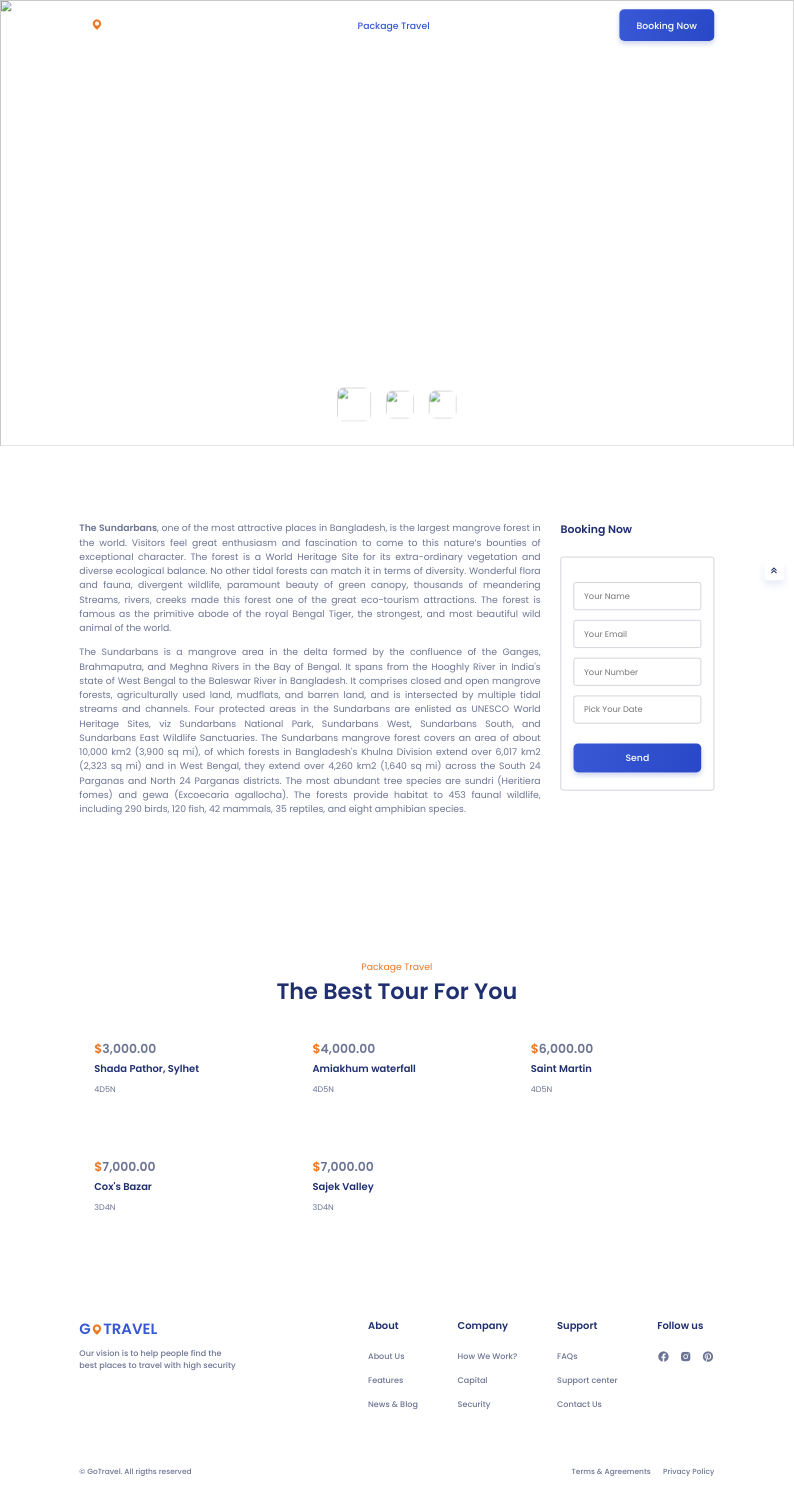
Repository: albushra2/GojordanForhamzeh
Page: http://localhost/travel-packages/sundarban
The author's editor kept a copy of each file at every save. The page is drawn from the files as they stood at one save, then again after a run of saves.
The browser window is 1280 px wide. The pictures show the whole page, at 62% of full size.
The page is served by the project's Laravel application, run on PHP 8.4 with Laravel 10. The database holds what the project's SQL file puts in it.

Above is the page before, as saved 2024-05-12 11:49:58.

After the next 8 saves:
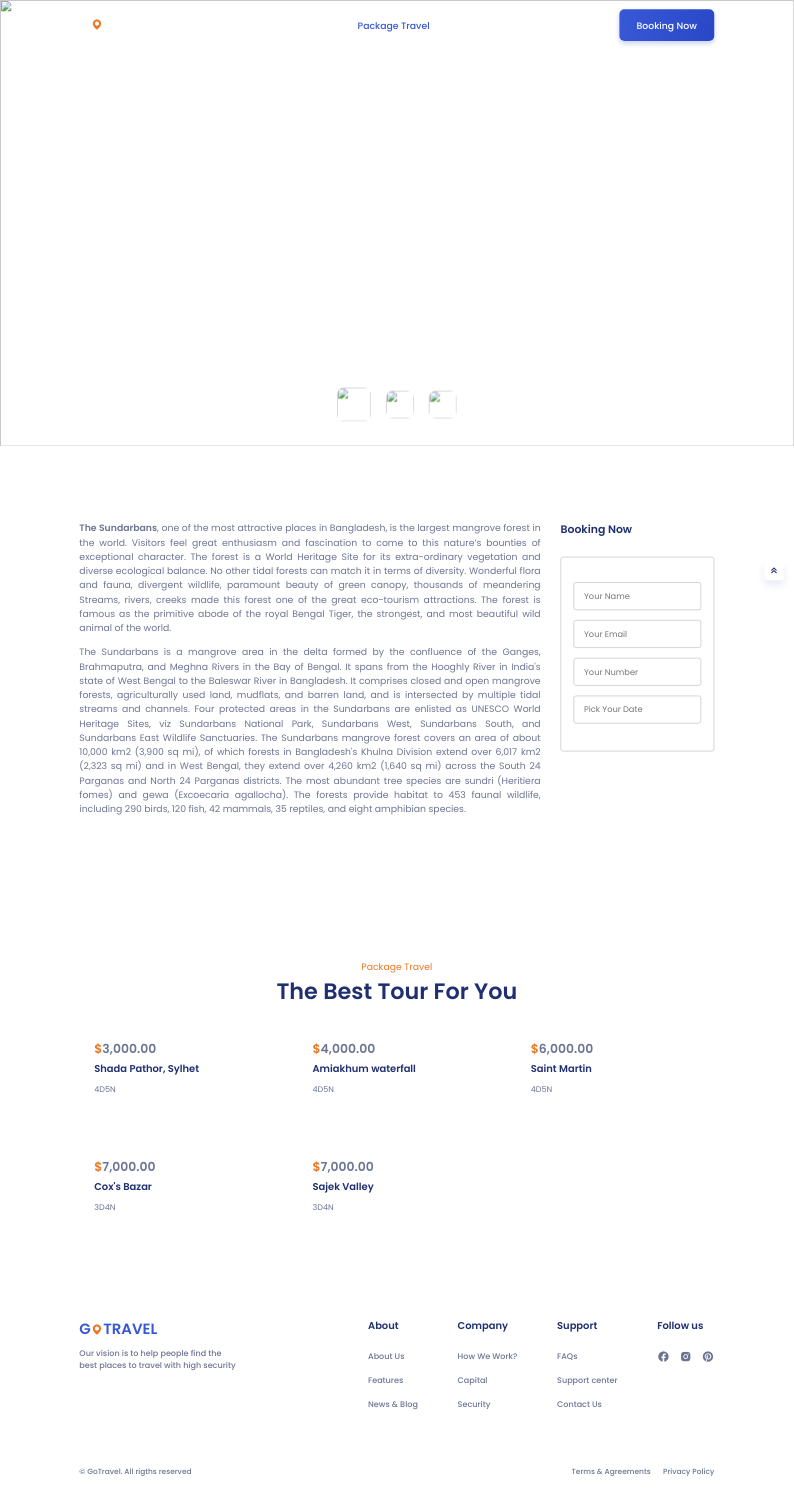
The 8 saves are shown as one change because 2 did not build or start and some came seconds apart.
The last was saved 27 s later.
--- a/resources/views/travel_packages/show.blade.php
+++ b/resources/views/travel_packages/show.blade.php
@@ -57,8 +57,9 @@
                     onfocus="(this.type='date')"
                     id="date"
                   />
-
+                  @if(AUTH::check())
                   <button type="submit" class="button button-booking">Send</button>
+                  @endif
                 </form>
               </div>
             </div>

After the save that followed:
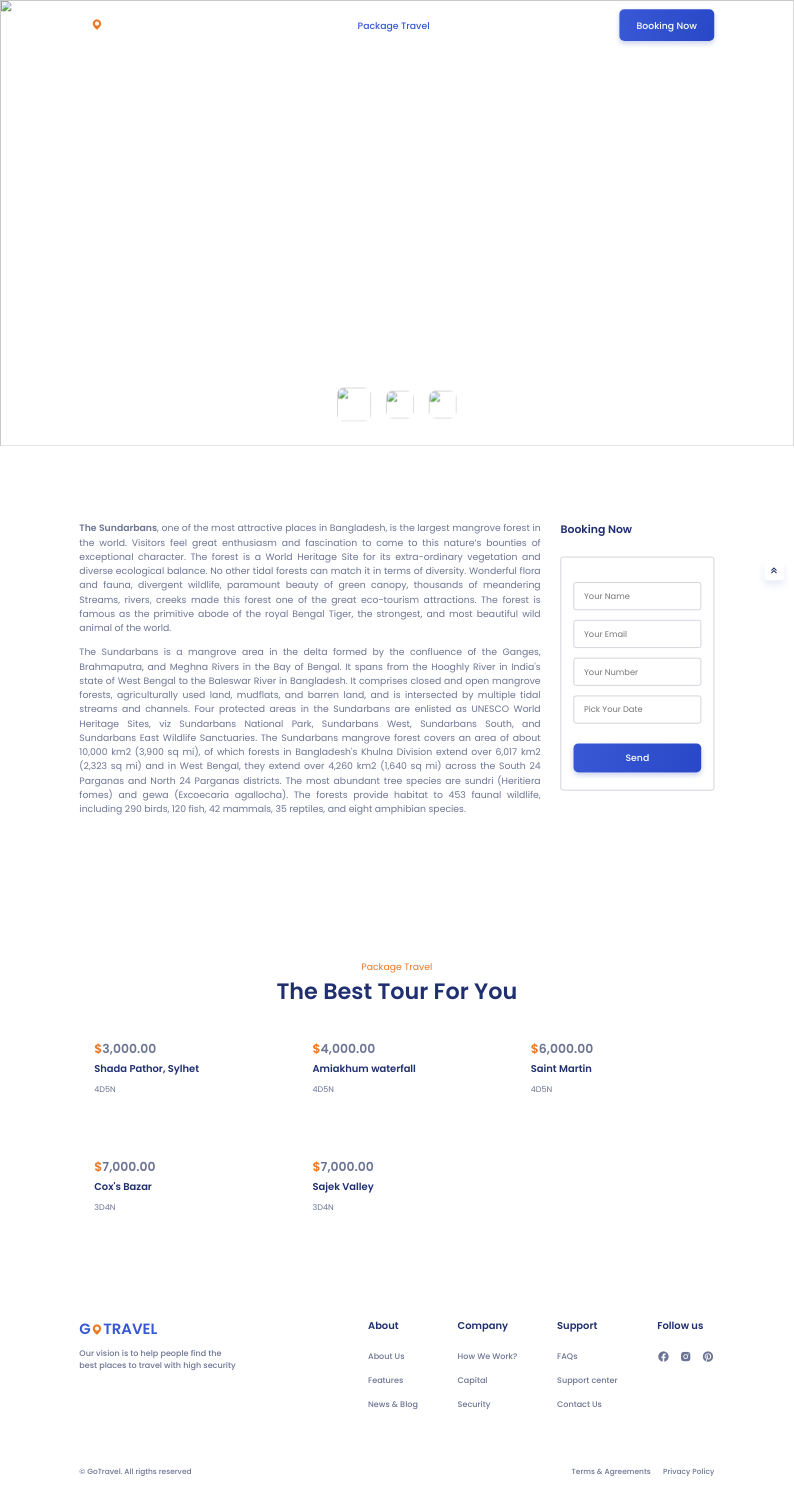
Saved 33 s later.
--- a/resources/views/travel_packages/show.blade.php
+++ b/resources/views/travel_packages/show.blade.php
@@ -57,9 +57,8 @@
                     onfocus="(this.type='date')"
                     id="date"
                   />
-                  @if(AUTH::check())
+
                   <button type="submit" class="button button-booking">Send</button>
-                  @endif
                 </form>
               </div>
             </div>
